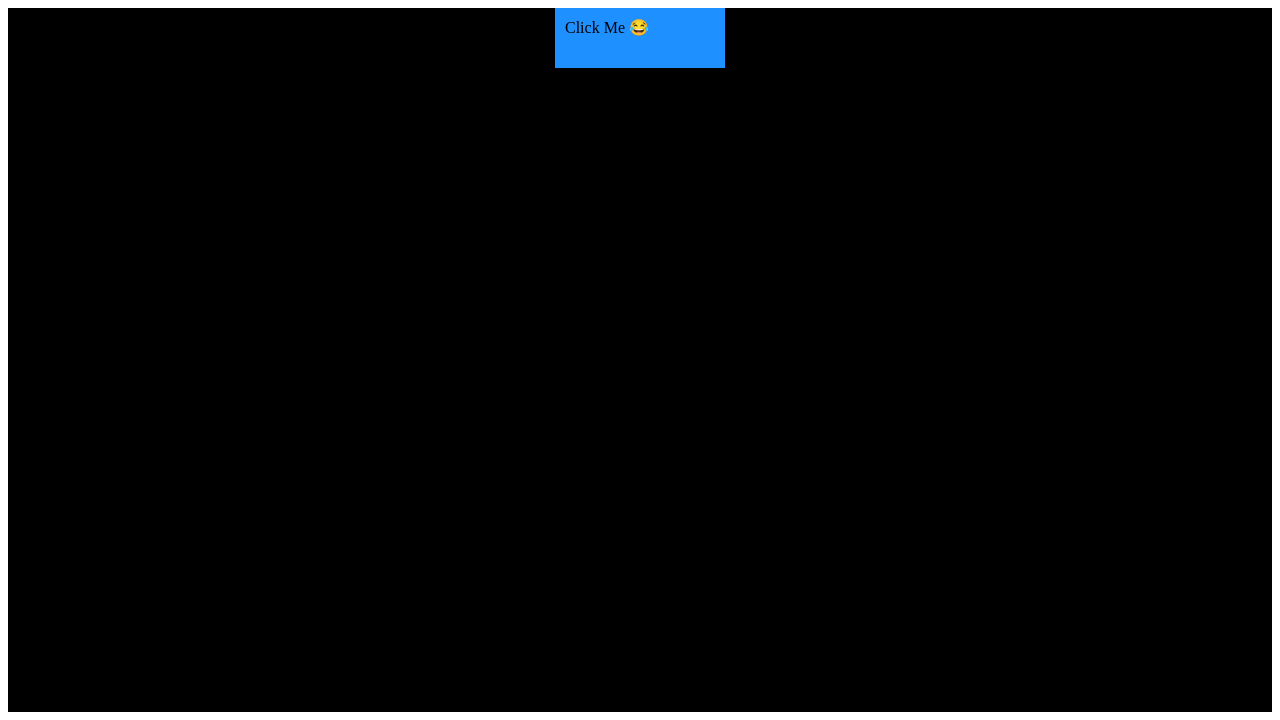
Repository: Sarah7223/internet-programming-tp
Page: TP2/TP02.2.html
These files come from the project's save history. The page is drawn as it stood at one moment and after the next save; the edit follows.
The browser window is 1280 px wide. The pictures show the whole page.

Above is the page before, as saved 2023-01-14 11:08:46.

After the next save:
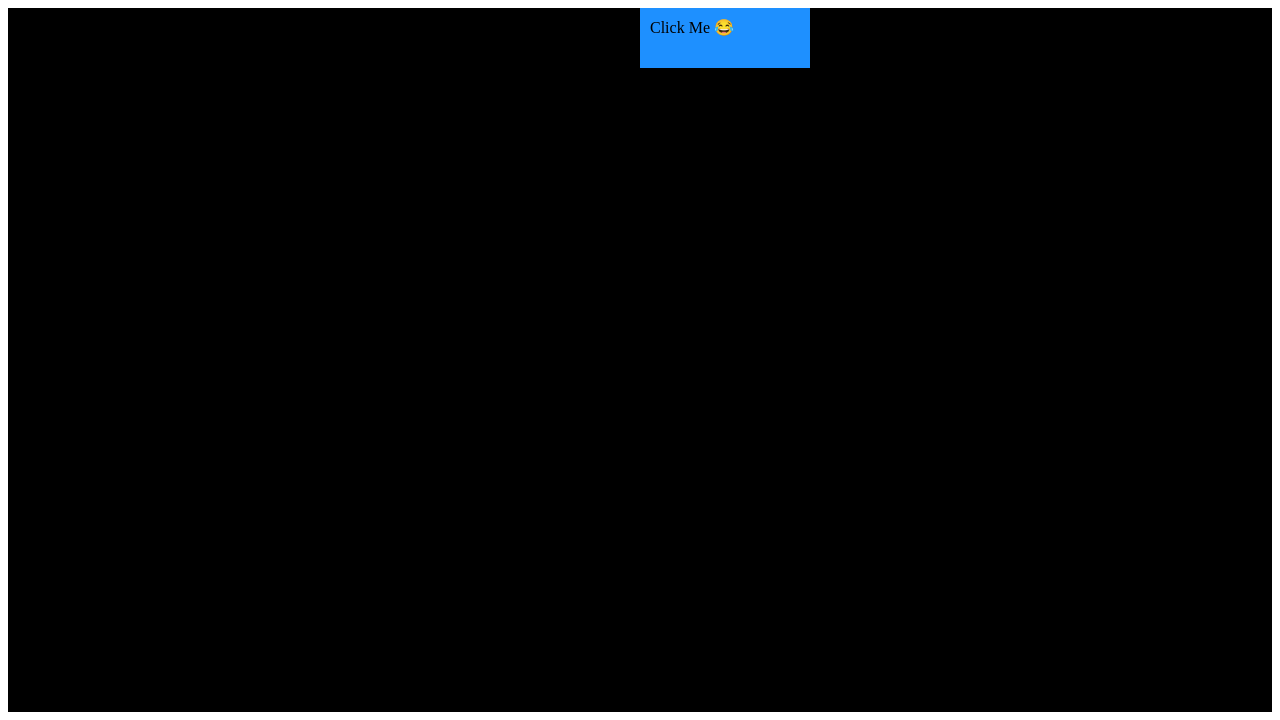
Saved 28 s later.
--- a/TP2/TP02.2.html
+++ b/TP2/TP02.2.html
@@ -10,7 +10,7 @@
             justify-content: center;
 
         }
-        .button{
+        #btn{
             position: absolute;
             transition: .5s;
             background-color: dodgerblue;
